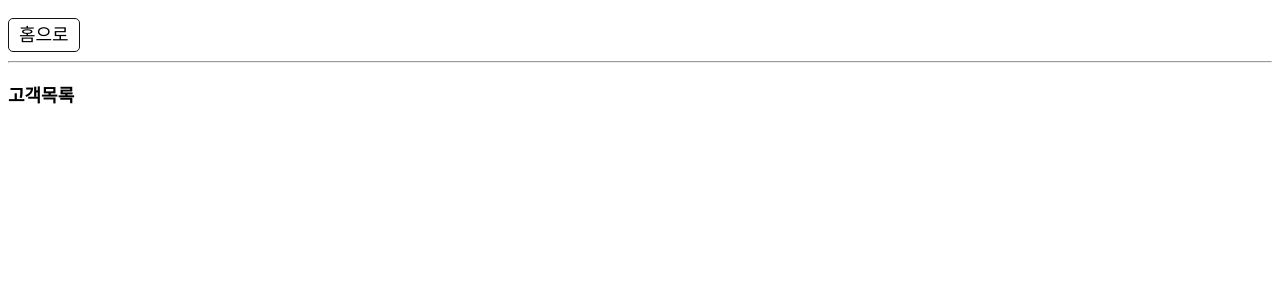
Repository: iwonhee/Study_Servlet
Page: http://localhost/web/customer/list1.jsp
The author's editor kept a copy of each file at every save. The page is drawn from the files as they stood at one save, then again after the next save.
The browser window is 1280 px wide. The pictures show the whole page.
The page is served by Tomcat 9. Other server files are loaded and not shown.

Above is the page before, as saved 2022-11-24 06:15:45.

### web/src/main/webapp/customer/list1.jsp
<%@ page language="java" contentType="text/html; charset=UTF-8"
    pageEncoding="UTF-8"%>
<%@ taglib uri="http://java.sun.com/jsp/jstl/core" prefix="c"%>
<!DOCTYPE html>
<html>
<head>
<meta charset="UTF-8">
<title>Insert title here</title>
<%@ include file="../include.jsp" %>
</head>
<body>
<div class='menu'>
	<a href="../index.jsp">홈으로</a>
</div>
<hr>
<h3>고객목록</h3>
</body>
</html>

### web/src/main/webapp/include.jsp
<%@ page language="java" contentType="text/html; charset=UTF-8"
    pageEncoding="UTF-8"%>
<!DOCTYPE html>
<html>
<head>
<meta charset="UTF-8">
<title>Insert title here</title>
<style>
	*{font-size:18px;}
	a{
		color:inherit;
		text-decoration:none;
	}
	body{
		<%

		String cc = (String)session.getAttribute("cc");
		if( cc != null ){
			if(cc.equals("black")){
				out.print("background-color:#5B5B5B;");
				out.print("color:#fff;");
			}else if(cc.equals("blue")){
				out.print("background-color:#58B9FF;");
				out.print("color:#fff;");
			}else if(cc.equals("white")){
				out.print("background-color:white;");
				out.print("color:#111;");
			};
		}else{
			cc = "white";
		}

		%>
	}
	.menu{display:flex; column-gap:10px;}
	.menu a{
		text-align:center;
		text-decoration:none;
		color:inherit;
		padding: 2px 10px;
		margin-top:10px;
		height:28px;
		line-height:28px;
		cursor:pointer;
		border-radius:5px;
		border:1px solid #111;
		transition:all .2s;
	}
	.menu a:hover{
		<%
		if(cc.equals("black")){
			out.print("background-color:white;");
			out.print("color:black;");
		}else if(cc.equals("blue")){
			out.print("background-color:white;");
			out.print("color:#65b3ff;");
		}else if(cc.equals("white")){
			out.print("background-color:#333;");
			out.print("color:white;");
		};
		%>
	}

	.click_id a{
		display:block;
		text-align:center;
		padding:4px 8px;
		transition:all .2s;
	}
	.click_id a:hover{
		<%
		if(cc.equals("black")){
			out.print("background-color:white;");
			out.print("color:black;");
		}else if(cc.equals("blue")){
			out.print("background-color:white;");
			out.print("color:#65b3ff;");
		}else if(cc.equals("white")){
			out.print("background-color:#333;");
			out.print("color:white;");
		};
		%>
	}

	input[type=submit]{width:100px; height:30px;margin-top:20px;}
	input[type=text]{height:22px; line-height:22px;}
	.bar{
		width:50px;
		height:50px;
		border:1px solid #111;
	<%
	if(cc.equals("black")){
		out.print("background-color:black;");
	}else if(cc.equals("blue")){
		out.print("background-color:#1e90ff;");
	}else if(cc.equals("white")){
		out.print("background-color:white;");
	};
	%>
	}
</style>
</head>
<body>

</body>
</html>

After the next save:
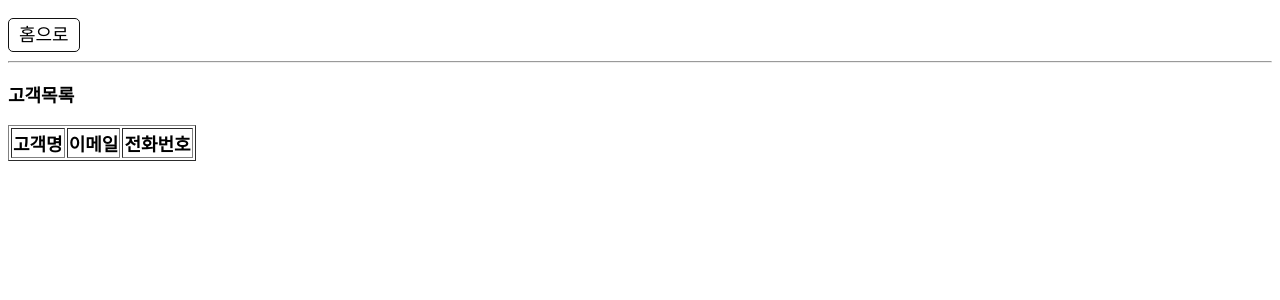
Saved 2 min 18 s later.
--- a/web/src/main/webapp/customer/list1.jsp
+++ b/web/src/main/webapp/customer/list1.jsp
@@ -14,5 +14,12 @@
 </div>
 <hr>
 <h3>고객목록</h3>
+<table border='1'>
+	<tr>
+		<th>고객명</th>
+		<th>이메일</th>
+		<th>전화번호</th>
+	</tr>
+</table>
 </body>
 </html>
